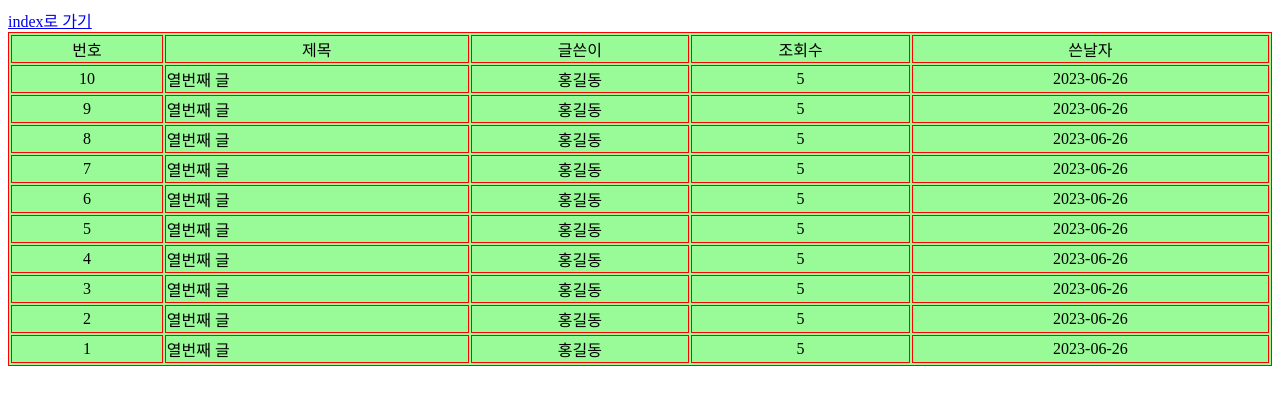
Repository: popll1/Pleiades
Page: http://localhost/jun261/main.jsp
An editor plug-in stored every save of this project. The page is shown before and after the next save, followed by the edit.
The browser window is 1280 px wide. The pictures show the whole page.
The page is served by Tomcat 9.

Above is the page before, as saved 2023-06-26 06:31:09.

After the next save:
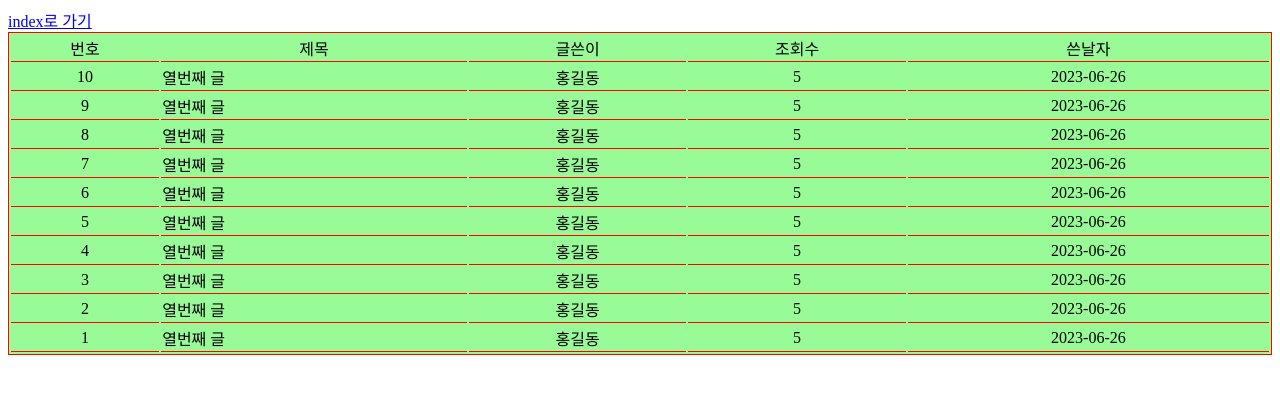
Saved 51 s later.
--- a/jun261/src/main/webapp/main.jsp
+++ b/jun261/src/main/webapp/main.jsp
@@ -14,7 +14,7 @@
     border : 1px solid red;
  }
  td {
-    border : 1px solid red;
+    border-bottom : 1px red solid ;
     text-align: center;
  }
  /* id="title" --> #title */
